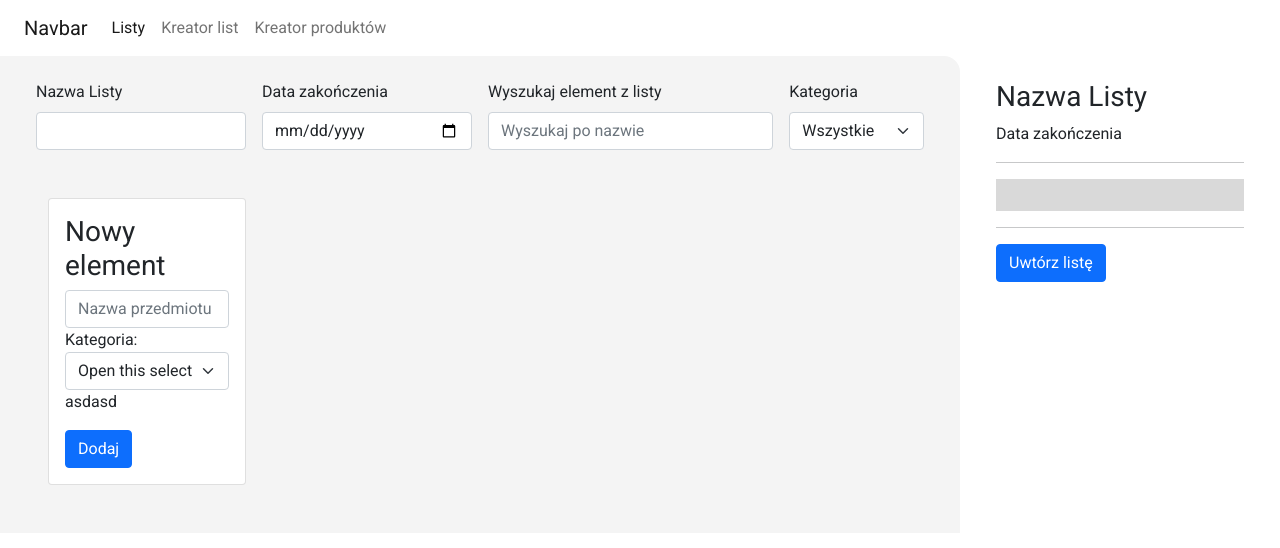
Repository: alphatra/Task-menager
Page: http://localhost/php/src/views/createList.php
An editor plug-in stored every save of this project. The page is shown before and after the next save, followed by the edit.
The browser window is 1280 px wide. The pictures show the whole page.
The page is run by PHP 8.4 with error messages shown; the project is at /var/www/html/. Queries for data that is not in the repository find no rows.

Above is the page before, as saved 2023-02-11 17:04:11.

### php/src/views/createList.php
<!DOCTYPE html>
<html lang="en">
<head>
    <meta charset="UTF-8">
    <meta http-equiv="X-UA-Compatible" content="IE=edge">
    <meta name="viewport" content="width=device-width, initial-scale=1.0">
    <title>Document</title>
    <script src="https://ajax.googleapis.com/ajax/libs/jquery/3.6.1/jquery.min.js"></script>
    <link href="https://cdn.jsdelivr.net/npm/bootstrap@5.0.2/dist/css/bootstrap.min.css" rel="stylesheet" integrity="sha384-EVSTQN3/azprG1Anm3QDgpJLIm9Nao0Yz1ztcQTwFspd3yD65VohhpuuCOmLASjC" crossorigin="anonymous">
    <script src="https://cdn.jsdelivr.net/npm/@popperjs/core@2.9.2/dist/umd/popper.min.js" integrity="sha384-IQsoLXl5PILFhosVNubq5LC7Qb9DXgDA9i+tQ8Zj3iwWAwPtgFTxbJ8NT4GN1R8p" crossorigin="anonymous"></script>
    <script src="https://cdn.jsdelivr.net/npm/bootstrap@5.0.2/dist/js/bootstrap.min.js" integrity="sha384-cVKIPhGWiC2Al4u+LWgxfKTRIcfu0JTxR+EQDz/bgldoEyl4H0zUF0QKbrJ0EcQF" crossorigin="anonymous"></script>
    <script>
        const catergories = {
            1: 'Elektronika',
            2: 'Meble',
            3: 'Kosmetyki',
            4: 'Jedzenie',
            5: 'Ubrania',
            6: 'Zabawki',
            7: 'Sport',
            8: 'Książki',
            9: 'Narzędzia',
            10: 'RTV'
        }

        console.log(catergories);
        $(document).ready(function() {
            const select = $('select');
            $.each(catergories, function(i, item) {
                $('select').append($("<option>", {
                    value: item,
                    text: item
                }))
                $('select').append($("<option>", {
                    value: item,
                    text: item
                }))
            });
            let _dataItems = [];
            let private_item = $(`<div class="col-xl-3 col-lg-4 col-md-6 col-12 mb-4">
                        <div class="card">
                            <div class="card-body">
                                <h3 class="card-title">Nowy element</h3>
                                <input type="text" class="form-control" id="priv_item" placeholder="Nazwa przedmiotu">
                                Kategoria: <select id="inputState" class="form-select">
                                    <option selected>Open this select menu</option>

                                    </select>
                                <p class="card-text">asdasd</p>
                                <input class="btn btn-primary" id="add_tolist" type="button" value="Dodaj">
                            </div>
                        </div>
                    </div>`);
    let loadData = (param,_category) => {
        $.ajax({
            url: '../controller.php',
            dataType: 'json',
            method: 'POST',
            data:{tablename:"products", search: param, category:_category},
            beforeSend: function() {
                $("#loading-image").show();
             },
            success: function(data) {
                console.log(data);
                let content = $('#objects').empty()
                content.append(private_item)
                let dataItems = JSON.parse(JSON.stringify(data))
                _dataItems = data
                dataItems = dataItems.map((item) => {
                    return $(`
                    <div class="col-lg-3 col-md-5 col-sm-5 mb-4">
      <div class="card">
        <div class="card-header img-atas" style="background-image: url('https://picsum.photos/300/100'); background-position: 50% 10%;">
        </div>
        <div class="card-body">
          <div class="row">
            <h5>${item.product_name}</h5>
          </div>
          <div class="row">
            <h6 class="text-secondary">${catergories[item.category_id]}</h6>
          </div>
          <div class="row">
            <div class="d-flex justify-content-between">
              <p class="text-primary">${item.product_description.substring(0, 29)}</p>
              <p class="text-warning">
		<input class="btn btn-primary" id="add_tolist" type="button" value="Dodaj" data-product-id="${item.id_product}" data-product-name="${item.product_name}" data-product-quantity="1">
		</p>
            </div>
          </div>
        </div>
      </div>
    </div>
                    `)
                })
                content.append(dataItems)

            },
            error: function (jqXHR, exception){
                console.log(jqXHR, exception);

            }
        })

    }
    let createList_Ajax = (param) =>{
        $.ajax({
            url: '../controller_1.php',
            method: 'POST',
            data:{data: param},
            cache: false,
            success: function(data) {
                console.log(data);
            },
            error: function (xhr, status, error){
                console.log(status);

            }
        })
    }
    let createListItems_Ajax = (param) =>{
        $.ajax({
            url: '../controller_1.php',
            method: 'POST',
            data:{data: param},
            cache: false,
            success: function(data) {
                console.log(data);
            },
            error: function (xhr, status, error){
                console.log(status);

            }
        })
    }

    loadData()

    $("#searchItem, select").on("keyup change", function() {
        let inputVal = $("#searchItem").val();
        let selectVal = $("select").val();
        if (inputVal.length > 0 || selectVal > 0) {
            inputVal = inputVal.length == 0 ? '' : inputVal;
            selectVal = selectVal == 0 ? '' : selectVal;
            loadData(inputVal, selectVal);
        } else {
            loadData();
        }
    });
    let products = {product_id:[],product_title:[],qty:[]};
    let list = {
            list_name: '',
            end_date: '',
            products: [products]
        };

    let add_products = (id, title, quantity) => {
        if (!checkIfExists(id)) {
            products.product_id.push(id);
            products.product_title.push(title);
            products.qty.push(quantity);
        }
    }

    let checkIfExists = (id) => {
        for (let i = 0; i < products.product_id.length; i++) {
            if (products.product_id[i] === id) {
                return true;
            }
        }
        return false;
    }

    let searchedProduct = (_id) =>{
        let found =  _dataItems.find(e => e.id_product == _id)
        return found.product_name
    }

    let generateContent = (_item,_qty) => {
        let content = $('#list_elements')
        content.empty()
        console.log(_qty);
        let listItems = _item.map((item) => {
            return $(`
            <h5>${searchedProduct(+item)}</h5>
            <input type="number" id="qty" value="1" class="form-control form-icon-trailing" />
            `)})
        content.append(listItems)
    }

    let crateList = () => {
        if(list.list_name != '' || list.end_date != '' || products.product_id.length != 0){
            console.log(list);
            createList_Ajax(list)
        }
    }
    $(document).on("click", "#add_tolist", function() {
        //console.log(list);
        //console.log(+this.name);
        //console.log(searchedProduct(+this.name));
        var productId = $(this).data('product-id');
        var productName = $(this).data('product-name');
        var productQuantity = $(this).data('product-quantity');

        console.log("Id produktu: " + productId);
        console.log("Nazwa produktu: " + productName);
        console.log("Ilość produktu: " + productQuantity);
        // Obsługa okienka modalnego z bootstrapa
        var myModal = new bootstrap.Modal(document.getElementById("exampleModal"))
        if(list.list_name == '' || list.end_date == ''){
            myModal.show()
            $(document).on("click", ".btn-secondary", function() {
                myModal.hide()
            })
            if (list.list_name == '') {
                $("#listName").addClass("is-invalid")
            }else{
                $("#listName").removeClass("is-invalid")
            }
            if (list.end_date == '') {
                $("#endDate").addClass("is-invalid")
            }else{
                $("#endDate").removeClass("is-invalid")
            }
            //console.log("Nie",list)
        }else{
            add_products(productId, productName, productQuantity);
            generateContent(list.products['product_id'],list.products['qty'])
            $("#listName, #endDate").removeClass("is-invalid")
            //console.log("Tak",list);
        }
    });
    $(document).on("click", "#crateList_button", function() {
        console.log(crateList());
    });
    $("#listName, #endDate").on("keyup change",function(){
        list = {
            list_name: $("#listName").val(),
            end_date: $("#endDate").val(),
            products: products
        }
        $("#list_name").text($("#listName").val());
        $("#end_date").text($("#endDate").val());
    });
})

    </script>
    <link rel="stylesheet" href="../assets/style.css">
</head>
<body>
    <!-- Modal -->
    <div class="modal fade" id="exampleModal" tabindex="-1" role="dialog" aria-labelledby="exampleModalLabel" aria-hidden="true">
        <div class="modal-dialog">
            <div class="modal-content">
                <div class="modal-header">
                    <h5 class="modal-title" id="exampleModalLabel">Uwaga!</h5>
                    <button type="button" class="btn-close" data-dismiss="modal" aria-label="Zamknij"></button>
                </div>
                <div class="modal-body">
                    Nie wypełniłeś wszystkich pól!
                </div>
                <div class="modal-footer">
                    <button type="button" class="btn btn-secondary" data-dismiss="modal">Zamknij</button>
                </div>
            </div>
        </div>
    </div>

    <div class="container-fluid">
        <nav class="navbar navbar-expand-lg navbar-light ">
            <div class="container-fluid">
                <a class="navbar-brand" href="#">Navbar</a>
                <button class="navbar-toggler" type="button" data-bs-toggle="collapse" data-bs-target="#navbarNav" aria-controls="navbarNav" aria-expanded="false" aria-label="Toggle navigation">
                    <span class="navbar-toggler-icon"></span>
                </button>
                <div class="collapse navbar-collapse" id="navbarNav">
                    <ul class="navbar-nav">
                        <li class="nav-item">
                            <a class="nav-link active" href="/">Listy</a>
                        </li>
                        <li class="nav-item">
                            <a class="nav-link" aria-current="page" href="views/createList.php">Kreator list</a>
                        </li>
                        <li class="nav-item">
                            <a class="nav-link" href="views/createProduct.php">Kreator produktów</a>
                        </li>
                    </ul>
                </div>
            </div>
        </nav>
        <div class="row">
            <div class="col-lg-9" style="background-color: #F4F4F4; border-top-right-radius: 1rem">
                <div class="container py-4 px-4">
                <form class="row g-3 needs-validation" novalidate>
                    <div id="listName_" class="col-md-3">
                        <label for="listName" class="form-label">Nazwa Listy</label>
                        <input type="text" class="form-control" id="listName" required>
                        <div class="invalid-feedback">
                            Podaj nazwę listy!
                        </div>
                    </div>
                    <div id="endDate_" class="col-md-3">
                        <label for="endDate" class="form-label">Data zakończenia</label>
                        <input type="date" class="form-control" id="endDate" required>
                        <div class="invalid-feedback">
                            Podaj nazwę listy!
                        </div>
                    </div>
                    <div id="searchItem_" class="col-md-4">
                        <label for="searchItem" class="form-label">Wyszukaj element z listy</label>
                        <input type="search" class="form-control" id="searchItem" aria-label="Search" placeholder="Wyszukaj po nazwie">
                    </div>
                    <div class="col-md-2">
                        <label for="inputState" class="form-label">Kategoria</label>
                        <select id="inputState" class="form-select">
                            <option selected value="0">Wszystkie</option>

                        </select>
                    </div>
                </form>
                <div id="objects" class="row m-0 mt-5"></div>
                </div>
            </div>
            <div class="col-lg-3">
                <div class="container pt-4">
                <h3 id="list_name">Nazwa Listy</h3>
                <span id="end_date">Data zakończenia</span>
                <hr class="hr1" />
                <div id="list_elements" class="px-3 py-3" style="background-color:#D9D9D9"></div>
                <hr class="hr1" />
                <button type="submit" id="crateList_button" class="btn btn-primary">Uwtórz listę</button>
                </div>
            </div>
        </div>
    </div>
</body>
</html>

### php/src/controller.php
<?php
session_start();
require_once('./model/CRUD.php');


$db = new db();
$_tablename = $_POST['tablename'];
if(isset($_POST['search'])){
    $search = $_POST['search'];
    $result = $db->searchData($_tablename,$search,'');
    if(isset($_POST['category'])){
        $_category = $_POST['category'];
        $result = $db->searchData($_tablename,$search,$_category);
    }
    echo $result;
}else{
    echo $db->getData($_tablename);
}
?>

### php/src/model/CRUD.php
<?php
class db{
    private $conn;
    public $servername;
    public $username;
    public $password;
    public $database;
    public $tablename;

    public function __construct($host="db", $database="mydb",
                                $username="root", $password="root"){
        $this->host = $host;
        $this->database = $database;
        $this->username = $username;
        $this->password = $password;

        try {
            // Tworzenie połączenia
            $this->conn = new mysqli($host, $username, $password, $database);
        } catch (Exception $e) {
            // Sprawdzanie połączenia
            die("Connection failed: " . mysqli_connect_error());

        }

        return $this->conn;
    }

    // Wyświetlanie list z bazy danych
    public function getData($tablename){
        $this->tablename = $tablename;
        $query = "SELECT * FROM $this->tablename";
        $result = mysqli_query($this->conn, $query);
        $result = mysqli_fetch_all($result, MYSQLI_ASSOC);

        return json_encode($result);
    }

    // Wyświetlanie list z bazy danych wraz z wyszukiwaniem
    public function searchData($tablename, $search, $category){
        $this->tablename = $tablename;
        $this->search = $search;
        $this->category = $category;
        if($tablename == 'products'){
            $query = "SELECT * FROM $this->tablename WHERE product_name LIKE '$this->search%'";
            if($category != ''){
                $query .= " AND category_id = $this->category";
            }
        }else{
            $query = "SELECT * FROM $this->tablename WHERE name LIKE '$this->search%'";
            if($category != ''){
                $query .= " AND category_id = $this->category";
            }
        }
        $result = mysqli_query($this->conn, $query);
        $result = mysqli_fetch_all($result, MYSQLI_ASSOC);

        return json_encode($result);
    }
    /*
    public function searchData($tablename="", $search=""){
        $this->tablename = "list";
        $this->search = "{$search}%";
        $query = "SELECT * FROM $this->tablename WHERE name LIKE ?";
        $stmt = $this->conn->prepare($query);
        $stmt->bind_param("s",$search);
        $stmt->execute();
        $result = $stmt->get_result();

        return json_encode($result->fetch_all(MYSQLI_ASSOC));
    }
    */

    // Dodawanie produktów do bazy danych
    public function createProduct($Param){
        $product_name = $Param[0];
        $product_description = $Param[1];
        $product_image = $Param[2];
        $category_id = $Param[3];
        $query = "INSERT INTO products (product_name, product_description, product_image, category_id)
                    VALUES ('{$product_name}', '{$product_description}', '{$product_image}', '{$category_id}')";

        mysqli_query($this->conn, $query);
    }

    public function fetchData($Data){
        $this->Data = $Data;
        $decoded_json = json_decode($Data, true);
        $product_name = $decoded_json['product_name'];
        $product_description = $decoded_json['product_description'];
        $product_image = $decoded_json['product_image'];
        $category_id = $decoded_json['category_id'];
        return [$product_name, $product_description, $product_image, $category_id];
    }

    public function getMaxId($tablename){
        $this->tablename = $tablename;
        $query = "SELECT MAX( id ) AS `Max_Id` FROM $this->tablename";
        $result = mysqli_query($this->conn, $query);
        $result = mysqli_fetch_all($result, MYSQLI_ASSOC);
        $result = $result[0]['Max_Id'];

        return $result + 1;
    }

    public function getIdList($list_name){
        $this->list_name = $list_name;
        $query = "SELECT id FROM list WHERE name = '$this->list_name'";
        $result = mysqli_query($this->conn, $query);
        $result = mysqli_fetch_all($result, MYSQLI_ASSOC);
        $result = $result[0]['id'];

        return $result;
    }

    public function createList($list_name, $end_date){
        $id = $this->getMaxId('list');
        $this->list_name = $list_name;
        $created_date = date("Y-m-d h:i:s");
        $this->end_date = $end_date;
        $query = "INSERT INTO list (id, name, created_date, end_date) VALUES ('{$id}','{$list_name}','{$created_date}','{$end_date}')";
        mysqli_query($this->conn, $query);
        return $query;
    }

    public function createListItems($qty,$list_name,$id_product){
        $id = $this->getMaxId('list_items');
        $this->qty = $qty;
        $this->list_name = $list_name;
        $list_name = $this->getIdList($list_name);
        $this->id_product = $id_product;

        $query = "INSERT INTO list_items (id, quantity, list_id, id_product) VALUES ('{$id}', '{$this->qty}', '{$list_name}', '{$this->id_product}')";
        mysqli_query($this->conn, $query);
        return $query;
    }

    public function addPrivateItem($item_key, $item_name, $item_category){
        $this->item_key = $item_key;
        $this->item_name = $item_name;
        $this->item_category = $item_category;

        $query = "INSERT INTO private_items (item_key, item_name, category_id) VALUES ('{$item_key}', '{$item_name}', '{$item_category}')";
        mysqli_query($this->conn, $query);
        return $query;
    }
}
?>

### php/src/assets/style.css
@import url('https://fonts.googleapis.com/css2?family=Roboto:ital,wght@0,300;0,400;1,500&display=swap');

body {
    font-family: 'Roboto', sans-serif;
    font-size: 16px;
    line-height: 1.5;
    background-color: white;
    margin: 0;
    padding: 0;
}
.black-border {
    border: 1px solid black;
    padding: 1rem;
}
.img-atas {
    width: auto;
    height: 100px;
    background-repeat: no-repeat;
    background-position: center;
    background-size: cover;
  }

hr {
    margin: 1rem 0;
    color: inherit;
    background-color: currentColor;
    border: 0;
    opacity: 0.25;
  }

After the next save:
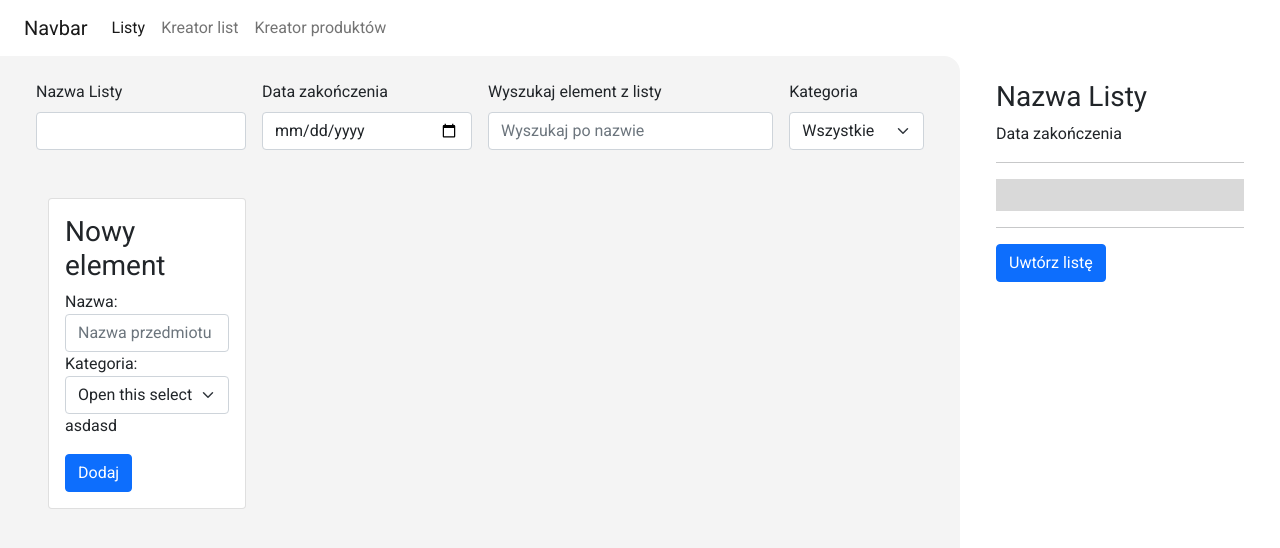
Saved 17 s later.
--- a/php/src/views/createList.php
+++ b/php/src/views/createList.php
@@ -41,6 +41,7 @@
                         <div class="card">
                             <div class="card-body">
                                 <h3 class="card-title">Nowy element</h3>
+                                Nazwa:
                                 <input type="text" class="form-control" id="priv_item" placeholder="Nazwa przedmiotu">
                                 Kategoria: <select id="inputState" class="form-select">
                                     <option selected>Open this select menu</option>
